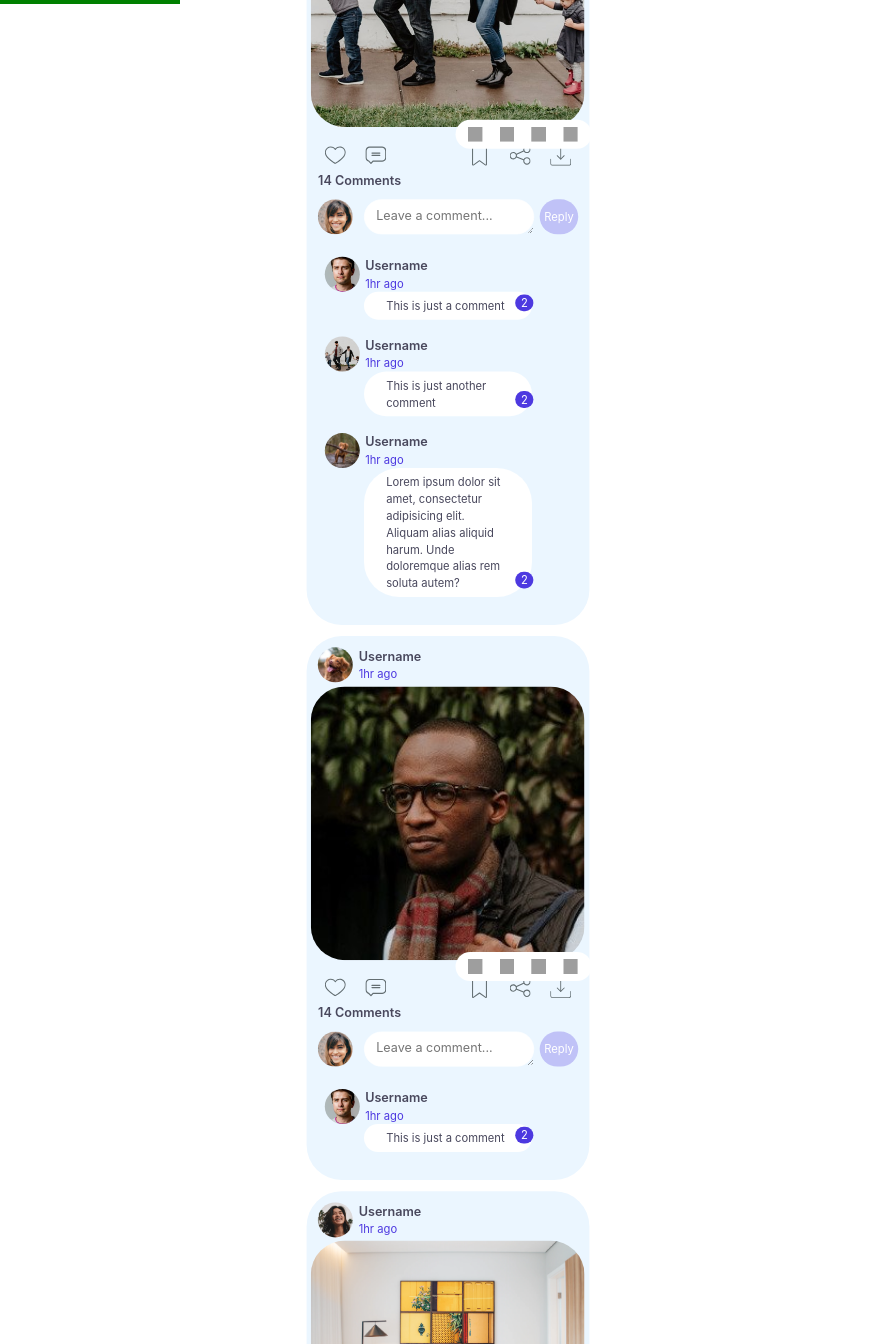
Repository: Flovet-stack/memic
Page: home.html
An editor plug-in stored every save of this project. The page is shown before and after the next save, followed by the edit.
The browser window is 1280 px wide. The pictures show the part of the page from y = 714 to 2634 px (the page is 3247 px tall before and 3240 px after), at 70% of full size.
Pictures or frames that could not be fetched are drawn as grey boxes. Some web fonts or font styles are not loaded; a fallback is used.

Above is the page before, as saved 2020-10-18 00:51:30.
Console error: TypeError: Cannot read properties of undefined (reading 'fn')

After the next save:
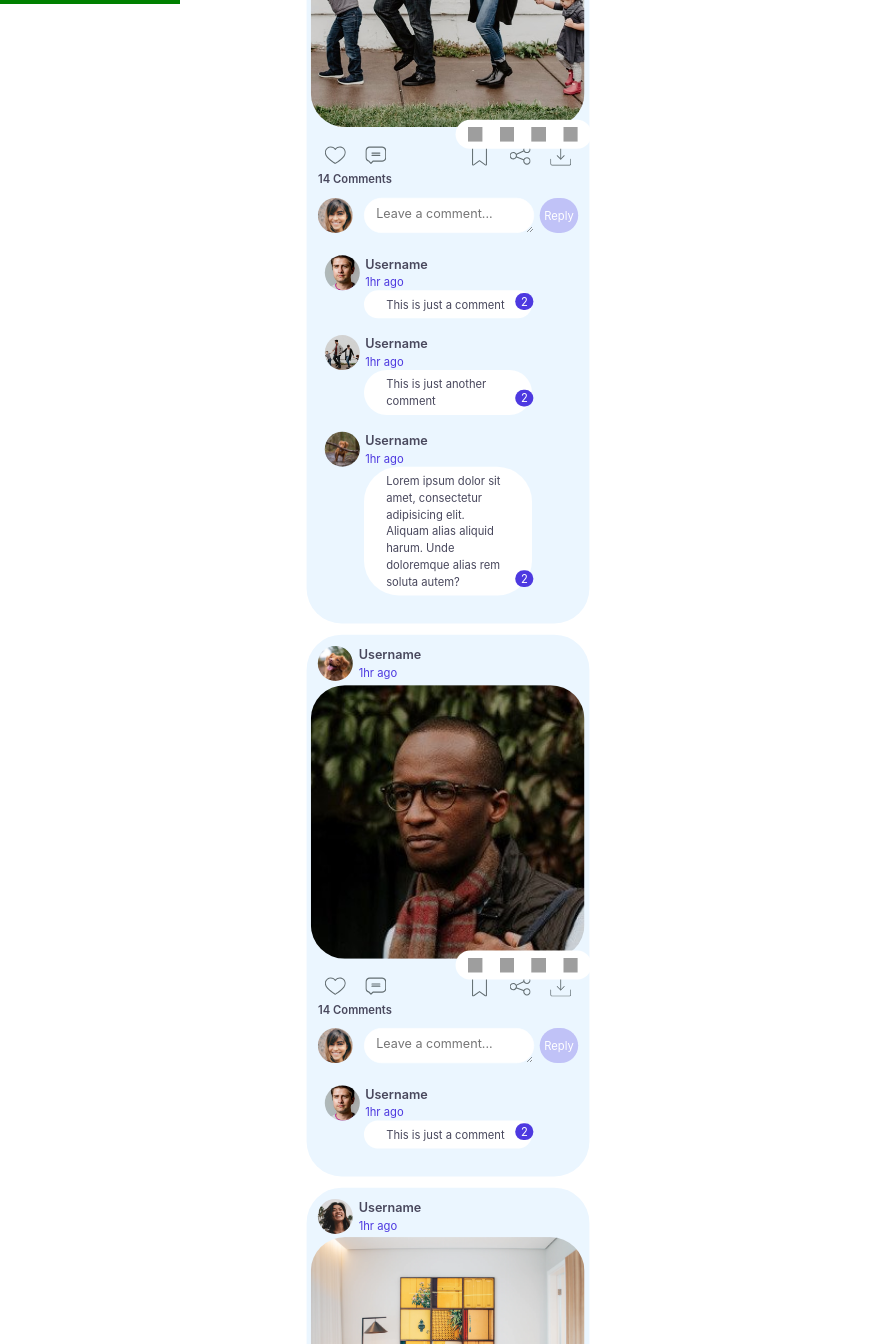
Saved 6 s later.
--- a/css/post-card.css
+++ b/css/post-card.css
@@ -127,7 +127,7 @@
     padding: 0 var(--padding-2);
 }
 .comment-section h4 {
-    font-size: var(--font-size-2);
+    font-size: var(--font-size-1);
     color: var(--text-color);
     font-weight: 600;
     margin-bottom: var(--padding-2);
